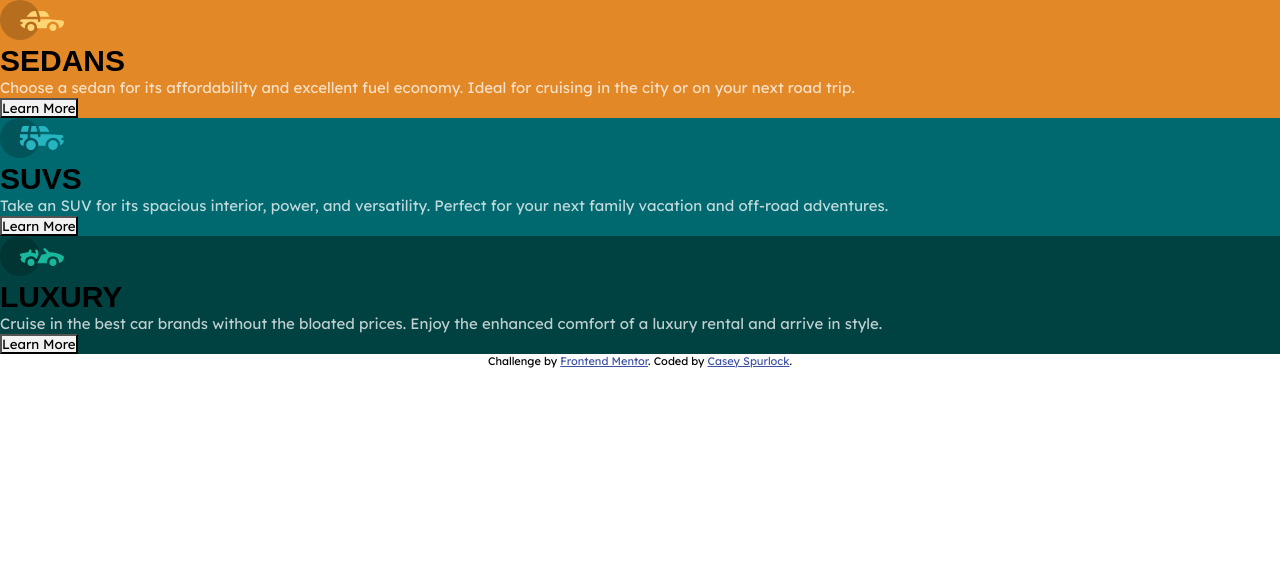
Repository: CaseySpurlock/3-column-preview-card-component-main
Page: index.html
The author's editor kept a copy of each file at every save. The page is drawn from the files as they stood at one save, then again after the next save.
The browser window is 1280 px wide. The pictures show the whole page.

Above is the page before, as saved 2021-06-23 10:33:58.

After the next save:
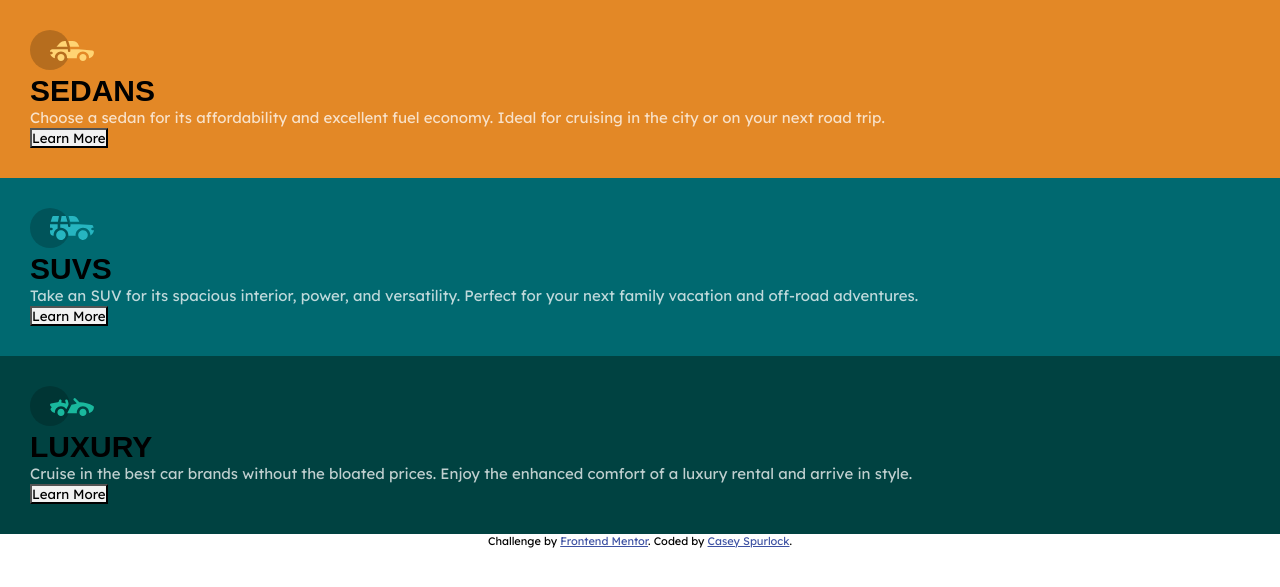
Saved 34 s later.
--- a/style.css
+++ b/style.css
@@ -31,6 +31,11 @@
     background-color: hsl(179, 100%, 13%);
 }
 
+.card {
+    padding: 30px;
+
+}
+
 .btn {
     background-color: hsl(0, 0%, 95%);
 }
